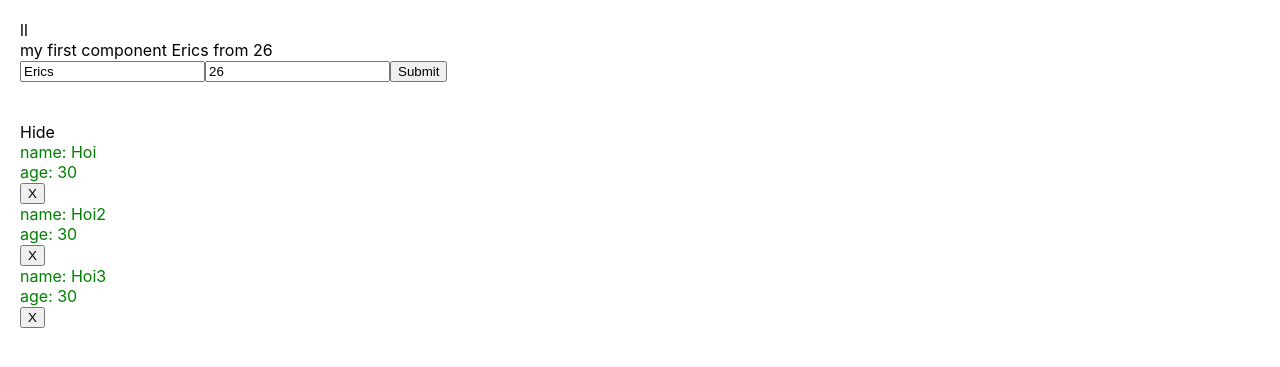
Repository: tvvn12/React-demo
Page: /admins
An editor plug-in stored every save of this project. The page is shown before and after a run of saves, followed by the edit.
The browser window is 1280 px wide. The pictures show the whole page.
The project was rebuilt for these pictures with package versions that can differ from the ones it lists, and the page was loaded fresh each time.

Above is the page before, as saved 2024-03-05 16:20:27.

After the next 3 saves:
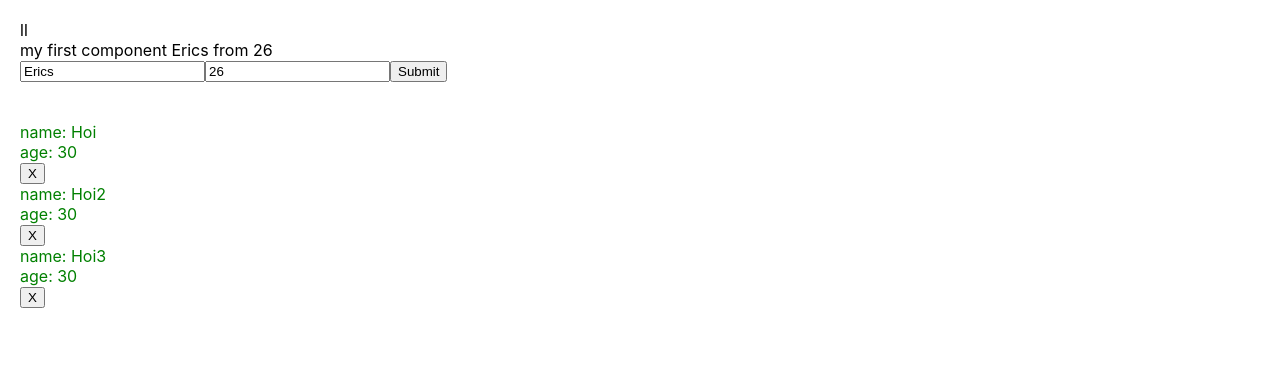
The 3 saves are shown as one change because 2 did not build or start.
The last was saved 6 min 33 s later.
--- a/src/components/DisplayInfo.js
+++ b/src/components/DisplayInfo.js
@@ -1,64 +1,86 @@
 import React from "react";
 import "./DisplayInfo.scss";
-class DisplayInfo extends React.Component {
-  constructor(props) {
-    console.log("call contructor");
-    super(props);
-    this.state = {
-      isShow: true,
-    };
-  }
+// class DisplayInfo extends React.Component {
+//   constructor(props) {
+//     console.log("call contructor");
+//     super(props);
+//     this.state = {
+//       isShow: true,
+//     };
+//   }
 
-  handleClick = () => {
-    this.setState({
-      isShow: !this.state.isShow,
-    });
-  };
-  componentDidMount() {
-    console.log("didmount");
-    setTimeout(() => {
-      document.title = "new";
-    }, 3000);
-  }
-  componentDidUpdate(preP, preS) {
-    if (this.props.users !== preP.users) {
-      if (this.props.users.length === 5) {
-        alert("me");
-      }
-    }
-  }
-  render() {
-    console.log("call render");
-    const { users } = this.props;
+//   handleClick = () => {
+//     this.setState({
+//       isShow: !this.state.isShow,
+//     });
+//   };
+//   componentDidMount() {
+//     console.log("didmount");
+//     setTimeout(() => {
+//       document.title = "new";
+//     }, 3000);
+//   }
+//   componentDidUpdate(preP, preS) {
+//     if (this.props.users !== preP.users) {
+//       if (this.props.users.length === 5) {
+//         alert("me");
+//       }
+//     }
+//   }
+//   render() {
+//     console.log("call render");
+//     const { users } = this.props;
 
-    return (
-      <div className="display-info">
-        <div className="">
-          <span
-            onClick={() => {
-              this.handleClick();
-            }}
-          >
-            {this.state.isShow === true ? "Hide" : "Show"}
-          </span>
+//     return (
+//       <div className="display-info">
+//         <div className="">
+//           <span
+//             onClick={() => {
+//               this.handleClick();
+//             }}
+//           >
+//             {this.state.isShow === true ? "Hide" : "Show"}
+//           </span>
+//         </div>
+//         {this.state.isShow && (
+//           <div>
+//             {users.map((item, index) => {
+//               return (
+//                 <div key={item.id} className={+item.age > 30 ? "red" : "green"}>
+//                   <div className="">name: {item.name}</div>
+//                   <div className="">age: {item.age}</div>
+//                   <button onClick={() => this.props.delete(item.id)}>X</button>
+//                   <br />
+//                 </div>
+//               );
+//             })}
+//           </div>
+//         )}
+//       </div>
+//     );
+//   }
+// }
+
+const DisplayInfo = (props) => {
+  const { users } = props;
+
+  return (
+    <div className="display-info">
+      {true && (
+        <div>
+          {users.map((item, index) => {
+            return (
+              <div key={item.id} className={+item.age > 30 ? "red" : "green"}>
+                <div className="">name: {item.name}</div>
+                <div className="">age: {item.age}</div>
+                <button onClick={() => this.props.delete(item.id)}>X</button>
+                <br />
+              </div>
+            );
+          })}
         </div>
-        {this.state.isShow && (
-          <div>
-            {users.map((item, index) => {
-              return (
-                <div key={item.id} className={+item.age > 30 ? "red" : "green"}>
-                  <div className="">name: {item.name}</div>
-                  <div className="">age: {item.age}</div>
-                  <button onClick={() => this.props.delete(item.id)}>X</button>
-                  <br />
-                </div>
-              );
-            })}
-          </div>
-        )}
-      </div>
-    );
-  }
-}
-
+      )}
+    </div>
+  );
+};
 export default DisplayInfo;
